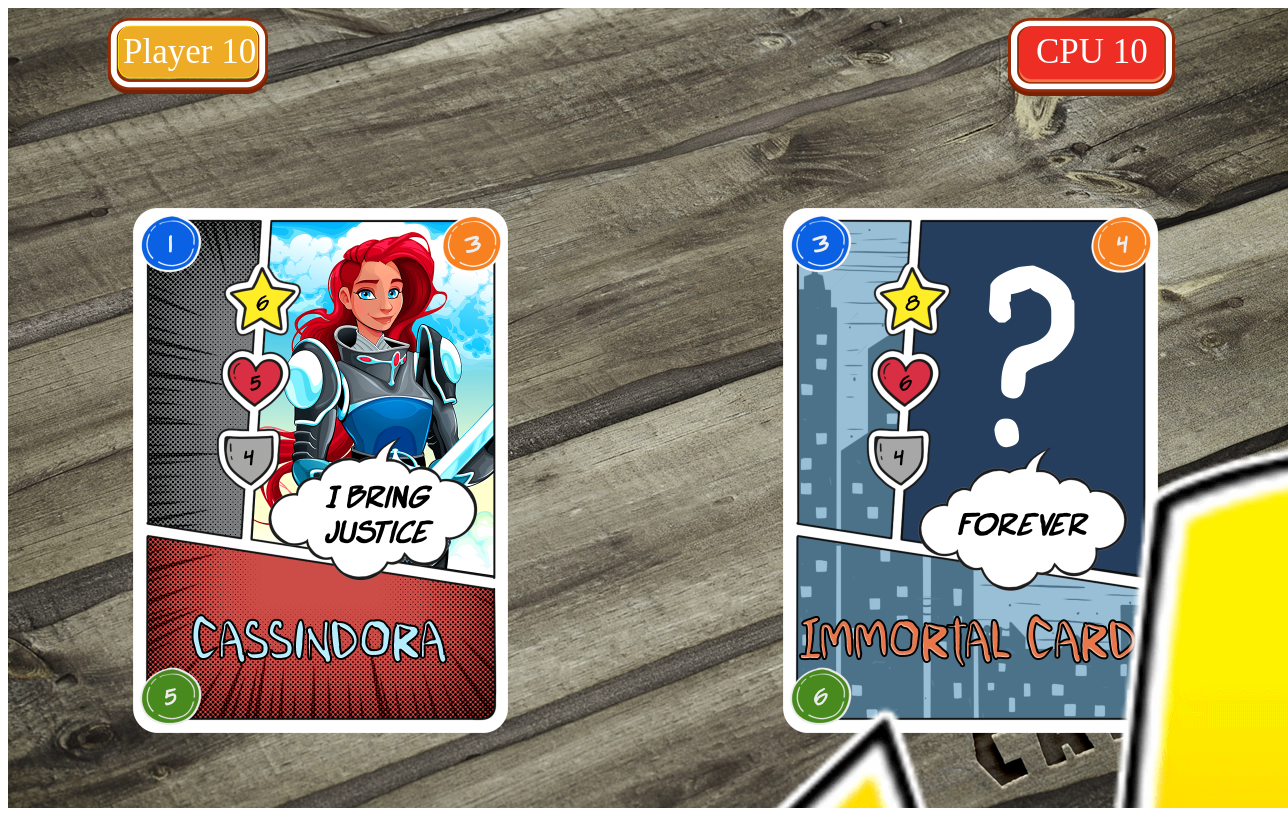
Repository: getvoiceagency/html5
Page: index.html
The author's editor kept a record of every edit. The page is drawn from the files as they stood at one moment, then again after the next edit.
The browser window is 1280 px wide. The page is 1288 px wide, so the pictures cover 1288 px, including what lies to the right of the window. The pictures show the whole page.
Some web libraries are served in a nearby version.

Above is the page before.

### index.html
<!DOCTYPE html>
<html>
    <head>
        <title> </title>
        <script src="https://cdnjs.cloudflare.com/ajax/libs/pixi.js/4.5.1/pixi.min.js"></script>
        <script src="https://cdnjs.cloudflare.com/ajax/libs/gsap/2.1.3/TweenMax.min.js"></script>
        <script src="https://cdnjs.cloudflare.com/ajax/libs/gsap/2.1.3/plugins/PixiPlugin.min.js"></script>
    </head>

    <body>

<script>

/*global PIXI*/
var renderer = PIXI.autoDetectRenderer(1280, 800,{});
document.body.appendChild(renderer.view);

// // Load them google fonts before starting...!
window.WebFontConfig = {
    google: {
        families: ['Snippet', 'Arvo:700italic', 'Podkova:700']
    },


};

// include the web-font loader script
/* jshint ignore:start */
(function() {
    var wf = document.createElement('script');
    wf.src = ('https:' === document.location.protocol ? 'https' : 'http') +
        '://ajax.googleapis.com/ajax/libs/webfont/1/webfont.js';
    wf.type = 'text/javascript';
    wf.async = 'true';
    var s = document.getElementsByTagName('script')[0];
    s.parentNode.insertBefore(wf, s);
})();
/* jshint ignore:end */
    // create some white text
    var score1 = new PIXI.Text('Player 10', { font: '35px Snippet', fill: 'white', align: 'center' });
    var score2 = new PIXI.Text('CPU 10', { font: '35px Snippet', fill: 'white', align: 'center' });


// create the root of the scene graph
var stage = new PIXI.Container();

var container = new PIXI.Container();

// set container
//Set background
stage.addChild(container);
var landscapeTexture = PIXI.Texture.fromImage('spot-background.png');

var background = new PIXI.Sprite(landscapeTexture);

//Background to stage
stage.addChild(background);

// Background positions
background.anchor.x = 0;
background.anchor.y = 0;
background.position.x = 0;
background.position.y = 0;



{
// get card 1
 {
        var card1 = PIXI.Sprite.fromImage('card1.png');


        stage.addChild(card1);
    };

    // get card 2
    {
        var card2 = PIXI.Sprite.fromImage('card2.png');


        stage.addChild(card2);
    };
    // get score orange
    {
        var scoreOrange = PIXI.Sprite.fromImage('score-orange.png');


        container.addChild(scoreOrange);
    };
    // get score red
    {
        var scoreRed = PIXI.Sprite.fromImage('score-red.png');


        container.addChild(scoreRed);
    };
     {
        var vs = PIXI.Sprite.fromImage('VS.png');


        container.addChild(vs);
    };
};



container.x = 34;
container.y = 10;
// Move container to the center
// center the sprite anchor point

//card 1

card1.anchor.x = 0;
card1.anchor.y = 0;

// move the sprite to the center of the canvas
card1.position.x = -1050;
card1.position.y = 200;

// Center bunny sprite in local container coordinates

card1.scale.x =1.0;
card1.scale.y =1.0;

// card 2

card2.anchor.x = 0;
card2.anchor.y = 0;

// move the sprite to the center of the canvas
card2.position.x = 1450;
card2.position.y = 200;

// Center bunny sprite in local container coordinates

card2.scale.x =1.0;
card2.scale.y =1.0;

// set score positions
score2.position.set(100);
score1.position.set(1);

// render text to stage

stage.addChild(scoreOrange);
stage.addChild(scoreRed);
stage.addChild(score1);
stage.addChild(score2);
stage.addChild(vs);


//set score position
score1.position.x = 115;
score1.position.y = 24;

score2.position.x = 1028;
score2.position.y = 24;

//set score position
scoreOrange.position.x = 100;
scoreOrange.position.y = 10;

scoreRed.position.x = 1000;
scoreRed.position.y = 10;

//Set VS position
vs.position.x = 570;
vs.position.y = 420;
/*global TweenMax*/
//TweenMax.to(card1, 1, {pixi:{scaleX:5, scaleY:4.5,}});
//TweenMax.to(card1, 1, {pixi:{scaleX:2, scaleY:1.5,}});
/*global TimelineMax*/
/*global Sine*/
 var tl = new TimelineMax({ repeat: 0, repeatDelay: 0.5, yoyo: true })
    .to(card1, 1, { pixi: { x: 125, y: 225, opacity: 0,}, ease: Sine.easeInOut }, 0.1 )
    .to(card1, 2, { pixi: { x: 125, y: 200, scale: 0.5, opacity: 0,}, ease: Sine.easeInOut }, 0.1)

var t2 = new TimelineMax({ repeat: 0, repeatDelay: 0.5, yoyo: true })
    .to(card2, 1, { pixi: { x: 125, y: 225, }, ease: Sine.easeInOut }, 0.1)
    .to(card2, 2, { pixi: { x: 775, y: 200, scale: 0.5 }, ease: Sine.easeInOut }, 0.1)

// start animating
animate();

function animate() {



    requestAnimationFrame(animate);

    // render the root container
    renderer.render(stage);

}
</script>


    </body>
</html>

After the next edit:
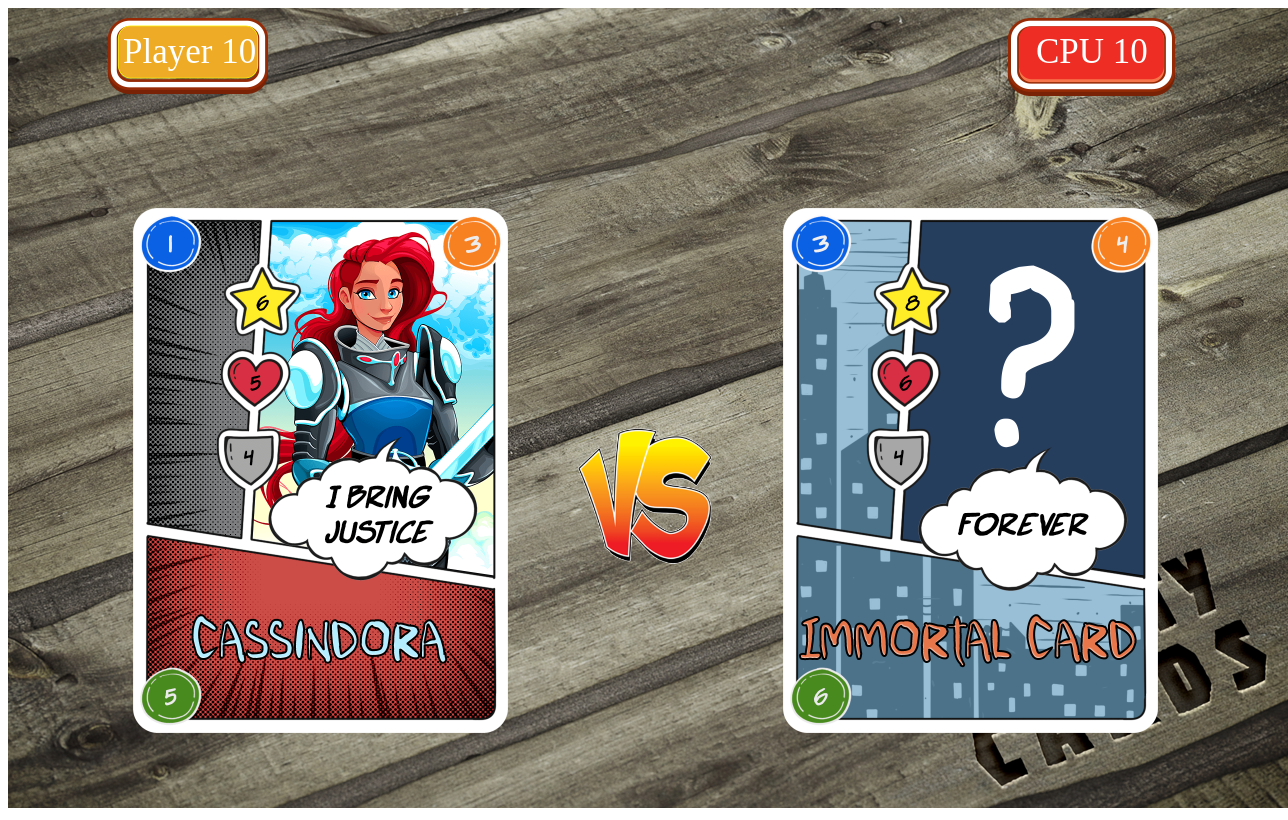
The edit:
--- a/index.html
+++ b/index.html
@@ -167,6 +167,12 @@
 //Set VS position
 vs.position.x = 570;
 vs.position.y = 420;
+vs.scale.x =0.07;
+vs.scale.y =0.07;
+
+
+
+
 /*global TweenMax*/
 //TweenMax.to(card1, 1, {pixi:{scaleX:5, scaleY:4.5,}});
 //TweenMax.to(card1, 1, {pixi:{scaleX:2, scaleY:1.5,}});
